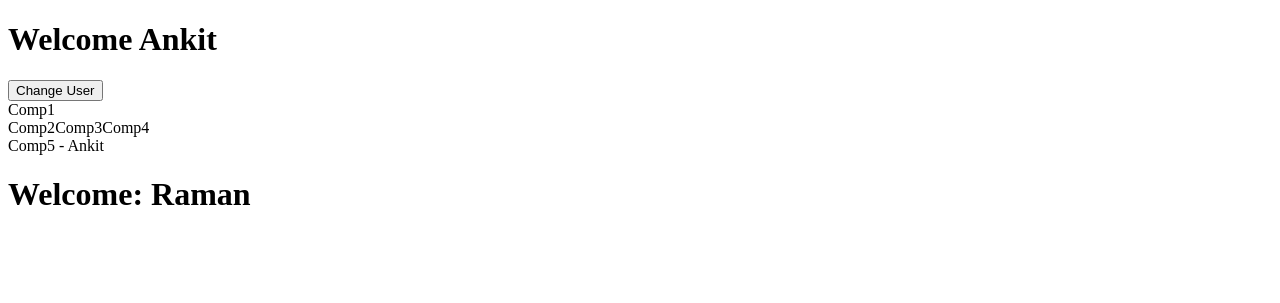
Repository: ankitgujre01/myAppContext2
Page: /
These files come from the project's save history. The page is drawn as it stood at one moment and after the next save; the edit follows.
The browser window is 1280 px wide. The pictures show the whole page.
The project was rebuilt for these pictures with package versions that can differ from the ones it lists, and the page was loaded fresh each time. Also part of the build but not shown: vite.config.js.

Above is the page before, as saved 2025-04-16 17:53:14.

After the next save:
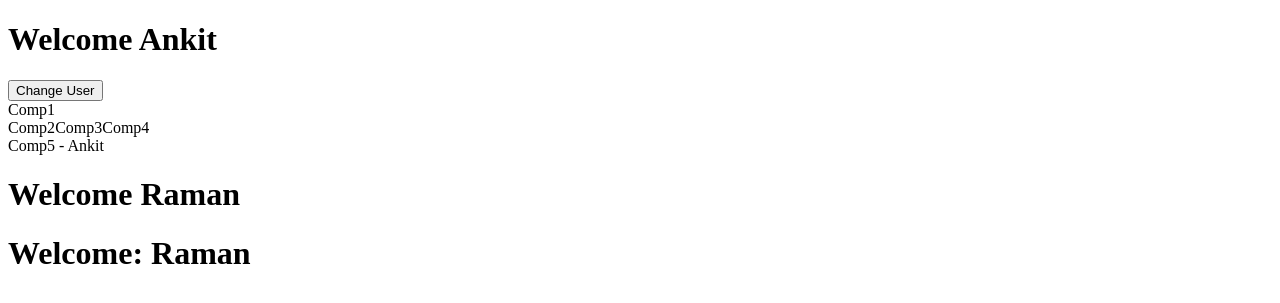
Saved 8 s later.
--- a/src/App.jsx
+++ b/src/App.jsx
@@ -20,7 +20,7 @@
         <Comp1 />
 
       </myContext.Provider>
-
+      <h1>Welcome {name}</h1>
       <myContext.Provider value={{ name, setName }}>
         <Cybrom />
       </myContext.Provider>

After the save that followed:
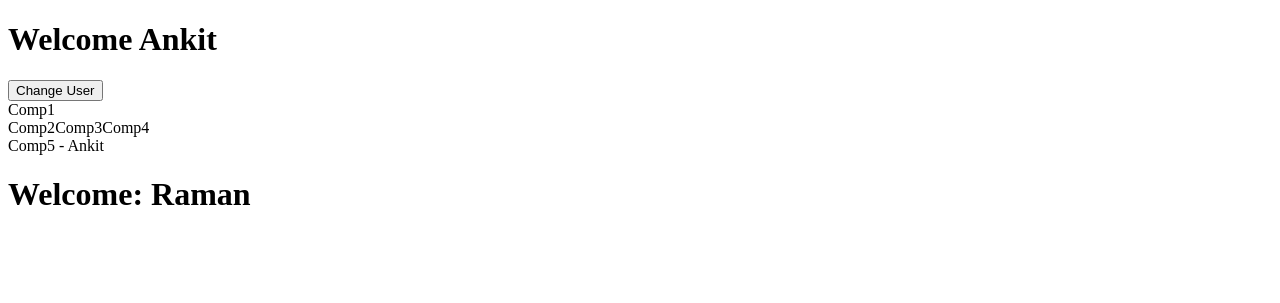
Saved 9 s later.
--- a/src/App.jsx
+++ b/src/App.jsx
@@ -20,7 +20,7 @@
         <Comp1 />
 
       </myContext.Provider>
-      <h1>Welcome {name}</h1>
+
       <myContext.Provider value={{ name, setName }}>
         <Cybrom />
       </myContext.Provider>
